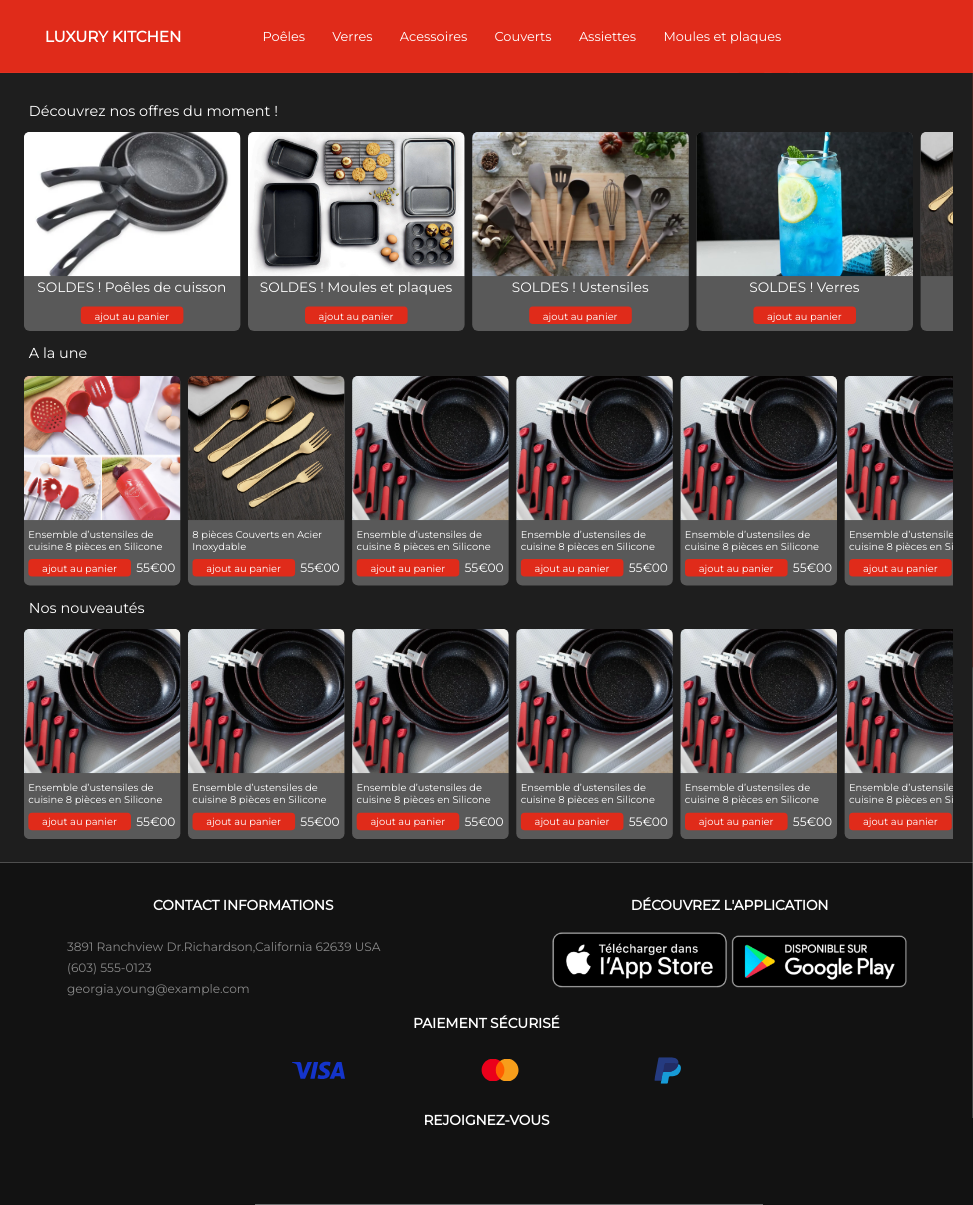
Repository: Juannpl/Luxury-Kicthen
Page: index.html
An editor plug-in stored every save of this project. The page is shown before and after the next save, followed by the edit.
The browser window is 1280 px wide. The pictures show the whole page, at 76% of full size.
Some icons come from a web library that is not loaded, so they are not drawn.

Above is the page before, as saved 2023-02-16 20:23:20.

### index.html
<!DOCTYPE html>
<html lang="fr">

<head>
  <meta charset="UTF-8">
  <meta http-equiv="X-UA-Compatible" content="IE=edge">
  <meta name="viewport" content="width=device-width, initial-scale=1.0">

  <script src="https://unpkg.com/boxicons@2.1.4/dist/boxicons.js"></script>

  <link rel="stylesheet" href="css/style.css">
  <title>Acceuil - LK</title>
</head>

<body>
  <header class="header">
    <nav class="nav_container row">
      <div class="logo">
        <p>LUXURY KITCHEN</p>
      </div>
      <div class="barre_categorie">
        <ul class="row">
          <li><a href="html/poêle.html">Poêles</a></li>
          <li><a href="html/verres.html">Verres</a></li>
          <li><a href="html/acessoire.html">Acessoires</a></li>
          <li><a href="html/couvert.html">Couverts</a></li>
          <li><a href="html/assiette.html">Assiettes</a></li>
          <li><a href="html/moule.html">Moules et plaques</a></li>
        </ul>
      </div>
      <div class="nav_list">
        <ul class="row">
          <li class="items_list">
            <box-icon name='shopping-bag' color='#ffffff' size='1.7rem'></box-icon>
          </li>
          <li class="items_list">
            <box-icon name='user-circle' type='solid' color='#ffffff' size='1.7rem'></box-icon>
          </li>
          <a id="openBtn">
            <li class="items_list">
              <box-icon name='menu' color='#ffffff' size=2.2rem></box-icon>
            </li>
          </a>
        </ul>
      </div>
    </nav>
    <div id="transparent"></div>
    <section id="barre_categorie_mobile">
      <div id="closeBtn">
        <box-icon name='x' color='#ffffff' size='3rem'></box-icon>
      </div>
      <div class="nav_contents row">
        <div>
          <ul class="row">
            <li><a href="html/poêle.html">Poêles</a></li>
            <li><a href="html/verres.html">Verres</a></li>
            <li><a href="html/acessoire.html">Acessoires</a></li>
            <li><a href="html/couvert.html">Couverts</a></li>
            <li><a href="html/assiette.html">Assiettes</a></li>
            <li><a href="html/moule.html">Moules et plaques</a></li>
          </ul>
        </div>
        <div>
          <p class="opacityy">
            Devenez membre pour accéder au meilleur des produits.
          </p>
        </div>
        <div>
          <button type="button" class="btn-black">Nous rejoindre</button>
        </div>
        <div>
          <button type="button" class="btn-clear">S'identifier</button>
        </div>
        <div class="items">
          <div class="roww">
            <box-icon name='shopping-bag' color='#ffffff' size='1.7rem'></box-icon>
            <p><a href="html/panier_vide.html">Panier</a></p>
          </div>
          <div class="roww">
            <box-icon type='solid' name='package' color='#ffffff' size='1.7rem'></box-icon>
            <p><a href="#">Commande</a></p>
          </div>
          <div class="roww">
            <box-icon name='user-circle' type='solid' color='#ffffff' size='1.7rem'></box-icon>
            <p><a href="#">Mon profil</a></p>
          </div>
        </div>
        <div class="reseaux row">
          <div class="sociaux">
            <box-icon name='facebook-circle' type='logo' color='#ffffff'></box-icon>
          </div>
          <div class="sociaux">
            <box-icon name='twitter' type='logo' color='#ffffff'></box-icon>
          </div>
          <div class="sociaux">
            <box-icon name='instagram-alt' type='logo' color='#ffffff'></box-icon>
          </div>
        </div>
      </div>
    </section>
    <!-- FIN DDE LA BARRE DE NAVIGATION MOBILE-->
  </header>
  <main id="juan">
    <div class="titre">
      <h1>
        Découvrez nos offres du moment !
      </h1>
    </div>
    <div class="containeer">
      <div class="card">
        <div class="controlee">
          <img src="img/poêle/poele10.webp" alt="poele" class="top_img">
        </div>
        <div class="descr_panier_top">
          <div class="text_panier">
            <p>SOLDES ! Poêles de cuisson</p>
          </div>
          <div class="panier_prix">
            <div class="ajout_panier">
              <form action="#">
                <a href="#"><button type="submit">
                    <p class="p_botton">ajout au panier</p>
                  </button></a>
              </form>
            </div>
          </div>
        </div>
      </div>
      <div class="card">
        <div class="controlee">
          <img src="img/moules/moule1.jpg" alt="poele" class="top_img">
        </div>
        <div class="descr_panier_top">
          <div class="text_panier">
            <p>SOLDES ! Moules et plaques</p>
          </div>
          <div class="panier_prix">
            <div class="ajout_panier">
              <form action="#">
                <a href="#"><button type="submit">
                    <p class="p_botton">ajout au panier</p>
                  </button></a>
              </form>
            </div>
          </div>
        </div>
      </div>
      <div class="card">
        <div class="controlee">
          <img src="img/accessoire/accessoire2.webp" alt="poele" class="top_img">
        </div>
        <div class="descr_panier_top">
          <div class="text_panier">
            <p>SOLDES ! Ustensiles</p>
          </div>
          <div class="panier_prix">
            <div class="ajout_panier">
              <form action="#">
                <a href="#"><button type="submit">
                    <p class="p_botton">ajout au panier</p>
                  </button></a>
              </form>
            </div>
          </div>
        </div>
      </div>
      <div class="card">
        <div class="controlee">
          <img src="img/verres/verre10.jpg" alt="verre" class="top_img">
        </div>
        <div class="descr_panier_top">
          <div class="text_panier">
            <p>SOLDES ! Verres</p>
          </div>
          <div class="panier_prix">
            <div class="ajout_panier">
              <form action="#">
                <a href="#"><button type="submit">
                    <p class="p_botton">ajout au panier</p>
                  </button></a>
              </form>
            </div>
          </div>
        </div>
      </div>
      <div class="card">
        <div class="controlee">
          <img src="img/couverts/couvert1.png" alt="poele" class="top_img">
        </div>
        <div class="descr_panier_top">
          <div class="text_panier">
            <p>SOLDES ! Couverts</p>
          </div>
          <div class="panier_prix">
            <div class="ajout_panier">
              <form action="#">
                <a href="#"><button type="submit">
                    <p class="p_botton">ajout au panier</p>
                  </button></a>
              </form>
            </div>
          </div>
        </div>
      </div>
    </div>
    <div class="titre">
      <h1>
        A la une
      </h1>
    </div>
    <div class="containeer">
      <div class="card">
        <div class="controle">
          <img src="img/accessoire/accessoire1.png" alt="poele">
        </div>
        <div class="descr_panier">
          <div class="text_panier">
            <p>Ensemble d’ustensiles de<br> cuisine 8 pièces en Silicone</p>
          </div>
          <div class="panier_prix">
            <div class="ajout_panier">
              <form action="#">
                <a href="#"><button type="submit">
                    <p class="p_botton">ajout au panier</p>
                  </button></a>
              </form>
            </div>
            <div class="prix">
              <div class="prix_panier">
                <p>55€00</p>
              </div>
            </div>
          </div>
        </div>
      </div>
      <div class="card">
        <div class="controle">
          <img src="img/couverts/couvert1.png" alt="poele">
        </div>
        <div class="descr_panier">
          <div class="text_panier">
            <p>8 pièces Couverts en Acier Inoxydable</p>
          </div>
          <div class="panier_prix">
            <div class="ajout_panier">
              <form action="#">
                <a href="#"><button type="submit">
                    <p class="p_botton">ajout au panier</p>
                  </button></a>
              </form>
            </div>
            <div class="prix">
              <div class="prix_panier">
                <p>55€00</p>
              </div>
            </div>
          </div>
        </div>
      </div>
      <div class="card">
        <div class="controle">
          <img src="img/poêle/poele1.webp" alt="poele">
        </div>
        <div class="descr_panier">
          <div class="text_panier">
            <p>Ensemble d’ustensiles de cuisine 8 pièces en Silicone</p>
          </div>
          <div class="panier_prix">
            <div class="ajout_panier">
              <form action="#">
                <a href="#"><button type="submit">
                    <p class="p_botton">ajout au panier</p>
                  </button></a>
              </form>
            </div>
            <div class="prix">
              <div class="prix_panier">
                <p>55€00</p>
              </div>
            </div>
          </div>
        </div>
      </div>
      <div class="card">
        <div class="controle">
          <img src="img/poêle/poele1.webp" alt="poele">
        </div>
        <div class="descr_panier">
          <div class="text_panier">
            <p>Ensemble d’ustensiles de cuisine 8 pièces en Silicone</p>
          </div>
          <div class="panier_prix">
            <div class="ajout_panier">
              <form action="#">
                <a href="#"><button type="submit">
                    <p class="p_botton">ajout au panier</p>
                  </button></a>
              </form>
            </div>
            <div class="prix">
              <div class="prix_panier">
                <p>55€00</p>
              </div>
            </div>
          </div>
        </div>
      </div>
      <div class="card">
        <div class="controle">
          <img src="img/poêle/poele1.webp" alt="poele">
        </div>
        <div class="descr_panier">
          <div class="text_panier">
            <p>Ensemble d’ustensiles de cuisine 8 pièces en Silicone</p>
          </div>
          <div class="panier_prix">
            <div class="ajout_panier">
              <form action="#">
                <a href="#"><button type="submit">
                    <p class="p_botton">ajout au panier</p>
                  </button></a>
              </form>
            </div>
            <div class="prix">
              <div class="prix_panier">
                <p>55€00</p>
              </div>
            </div>
          </div>
        </div>
      </div>
      <div class="card">
        <div class="controle">
          <img src="img/poêle/poele1.webp" alt="poele">
        </div>
        <div class="descr_panier">
          <div class="text_panier">
            <p>Ensemble d’ustensiles de cuisine 8 pièces en Silicone</p>
          </div>
          <div class="panier_prix">
            <div class="ajout_panier">
              <form action="#">
                <a href="#"><button type="submit">
                    <p class="p_botton">ajout au panier</p>
                  </button></a>
              </form>
            </div>
            <div class="prix">
              <div class="prix_panier">
                <p>55€00</p>
              </div>
            </div>
          </div>
        </div>
      </div>
      <div class="card">
        <div class="controle">
          <img src="img/poêle/poele1.webp" alt="poele">
        </div>
        <div class="descr_panier">
          <div class="text_panier">
            <p>Ensemble d’ustensiles de cuisine 8 pièces en Silicone</p>
          </div>
          <div class="panier_prix">
            <div class="ajout_panier">
              <form action="#">
                <a href="#"><button type="submit">
                    <p class="p_botton">ajout au panier</p>
                  </button></a>
              </form>
            </div>
            <div class="prix">
              <div class="prix_panier">
                <p>55€00</p>
              </div>
            </div>
          </div>
        </div>
      </div>
    </div>
    <div class="titre">
      <h1>
        Nos nouveautés
      </h1>
    </div>
    <div class="containeer">
      <div class="card">
        <div class="controle">
          <img src="img/poêle/poele1.webp" alt="poele">
        </div>
        <div class="descr_panier">
          <div class="text_panier">
            <p>Ensemble d’ustensiles de<br> cuisine 8 pièces en Silicone</p>
          </div>
          <div class="panier_prix">
            <div class="ajout_panier">
              <form action="#">
                <a href="#"><button type="submit">
                    <p class="p_botton">ajout au panier</p>
                  </button></a>
              </form>
            </div>
            <div class="prix">
              <div class="prix_panier">
                <p>55€00</p>
              </div>
            </div>
          </div>
        </div>
      </div>
      <div class="card">
        <div class="controle">
          <img src="img/poêle/poele1.webp" alt="poele">
        </div>
        <div class="descr_panier">
          <div class="text_panier">
            <p>Ensemble d’ustensiles de cuisine 8 pièces en Silicone</p>
          </div>
          <div class="panier_prix">
            <div class="ajout_panier">
              <form action="#">
                <a href="#"><button type="submit">
                    <p class="p_botton">ajout au panier</p>
                  </button></a>
              </form>
            </div>
            <div class="prix">
              <div class="prix_panier">
                <p>55€00</p>
              </div>
            </div>
          </div>
        </div>
      </div>
      <div class="card">
        <div class="controle">
          <img src="img/poêle/poele1.webp" alt="poele">
        </div>
        <div class="descr_panier">
          <div class="text_panier">
            <p>Ensemble d’ustensiles de cuisine 8 pièces en Silicone</p>
          </div>
          <div class="panier_prix">
            <div class="ajout_panier">
              <form action="#">
                <a href="#"><button type="submit">
                    <p class="p_botton">ajout au panier</p>
                  </button></a>
              </form>
            </div>
            <div class="prix">
              <div class="prix_panier">
                <p>55€00</p>
              </div>
            </div>
          </div>
        </div>
      </div>
      <div class="card">
        <div class="controle">
          <img src="img/poêle/poele1.webp" alt="poele">
        </div>
        <div class="descr_panier">
          <div class="text_panier">
            <p>Ensemble d’ustensiles de cuisine 8 pièces en Silicone</p>
          </div>
          <div class="panier_prix">
            <div class="ajout_panier">
              <form action="#">
                <a href="#"><button type="submit">
                    <p class="p_botton">ajout au panier</p>
                  </button></a>
              </form>
            </div>
            <div class="prix">
              <div class="prix_panier">
                <p>55€00</p>
              </div>
            </div>
          </div>
        </div>
      </div>
      <div class="card">
        <div class="controle">
          <img src="img/poêle/poele1.webp" alt="poele">
        </div>
        <div class="descr_panier">
          <div class="text_panier">
            <p>Ensemble d’ustensiles de cuisine 8 pièces en Silicone</p>
          </div>
          <div class="panier_prix">
            <div class="ajout_panier">
              <form action="#">
                <a href="#"><button type="submit">
                    <p class="p_botton">ajout au panier</p>
                  </button></a>
              </form>
            </div>
            <div class="prix">
              <div class="prix_panier">
                <p>55€00</p>
              </div>
            </div>
          </div>
        </div>
      </div>
      <div class="card">
        <div class="controle">
          <img src="img/poêle/poele1.webp" alt="poele">
        </div>
        <div class="descr_panier">
          <div class="text_panier">
            <p>Ensemble d’ustensiles de cuisine 8 pièces en Silicone</p>
          </div>
          <div class="panier_prix">
            <div class="ajout_panier">
              <form action="#">
                <a href="#"><button type="submit">
                    <p class="p_botton">ajout au panier</p>
                  </button></a>
              </form>
            </div>
            <div class="prix">
              <div class="prix_panier">
                <p>55€00</p>
              </div>
            </div>
          </div>
        </div>
      </div>
      <div class="card">
        <div class="controle">
          <img src="img/poêle/poele1.webp" alt="poele">
        </div>
        <div class="descr_panier">
          <div class="text_panier">
            <p>Ensemble d’ustensiles de cuisine 8 pièces en Silicone</p>
          </div>
          <div class="panier_prix">
            <div class="ajout_panier">
              <form action="#">
                <a href="#"><button type="submit">
                    <p class="p_botton">ajout au panier</p>
                  </button></a>
              </form>
            </div>
            <div class="prix">
              <div class="prix_panier">
                <p>55€00</p>
              </div>
            </div>
          </div>
        </div>
      </div>
    </div>
  </main>
  <footer>
    <div class="container-footer">
      <div class="container-footer-tablet">
        <div class="contact-infos">
          <h3>CONTACT INFORMATIONS</h3>
          <p><box-icon name='been-here' type='solid' color='#ffffff'></box-icon>3891 Ranchview
            Dr.Richardson,California 62639 USA</p>
          <p><box-icon type='solid' name='phone' color='#ffffff'></box-icon>(603) 555-0123</p>
          <p><box-icon type='solid' name='envelope' color='#ffffff'></box-icon>georgia.young@example.com</p>
        </div>
        <div class="download">
          <h3>DÉCOUVREZ L'APPLICATION</h3>
          <a href=""><img src="../img/footer/App-Store-picto-300x94.png" class="picto" id="apple"
              alt="Le pictogramme de l'apple store"></a>
          <a href=""><img src="../img/footer/Google-Play-picto-300x89.png" class="picto"
              alt="Le pictogramme de google play"></a>
        </div>
      </div>
      <div class="paiement">
        <h3>PAIEMENT SÉCURISÉ</h3>
        <div class="logos-paiement">
          <img src="../img/footer/Visa_2021.svg" class="logos" id="visa" alt="Le logo de visa">
          <img src="../img/footer/Mastercard_2019_logo.svg" class="logos" id="mastercard" alt="Le logo de mastercard">
          <img src="../img/footer/PayPal_Logo_Icon_2014.svg" class="logos" id="paypal" alt="Le logo de paypal ">
        </div>
      </div>
      <div class="social-media">
        <h3>REJOIGNEZ-VOUS</h3>
        <box-icon name='facebook-circle' type='logo' color='#ff0800'></box-icon>
        <box-icon name='twitter' type='logo' color='#ff0800'></box-icon>
        <box-icon name='instagram-alt' type='logo' color='#ff0800'></box-icon>
      </div>
    </div>
  </footer>
  <script src="script.js"></script>
</body>

</html>

Loaded but not shown: script.js (19 lines, source omitted); css/style.css (1106 lines, source omitted)

After the next save:
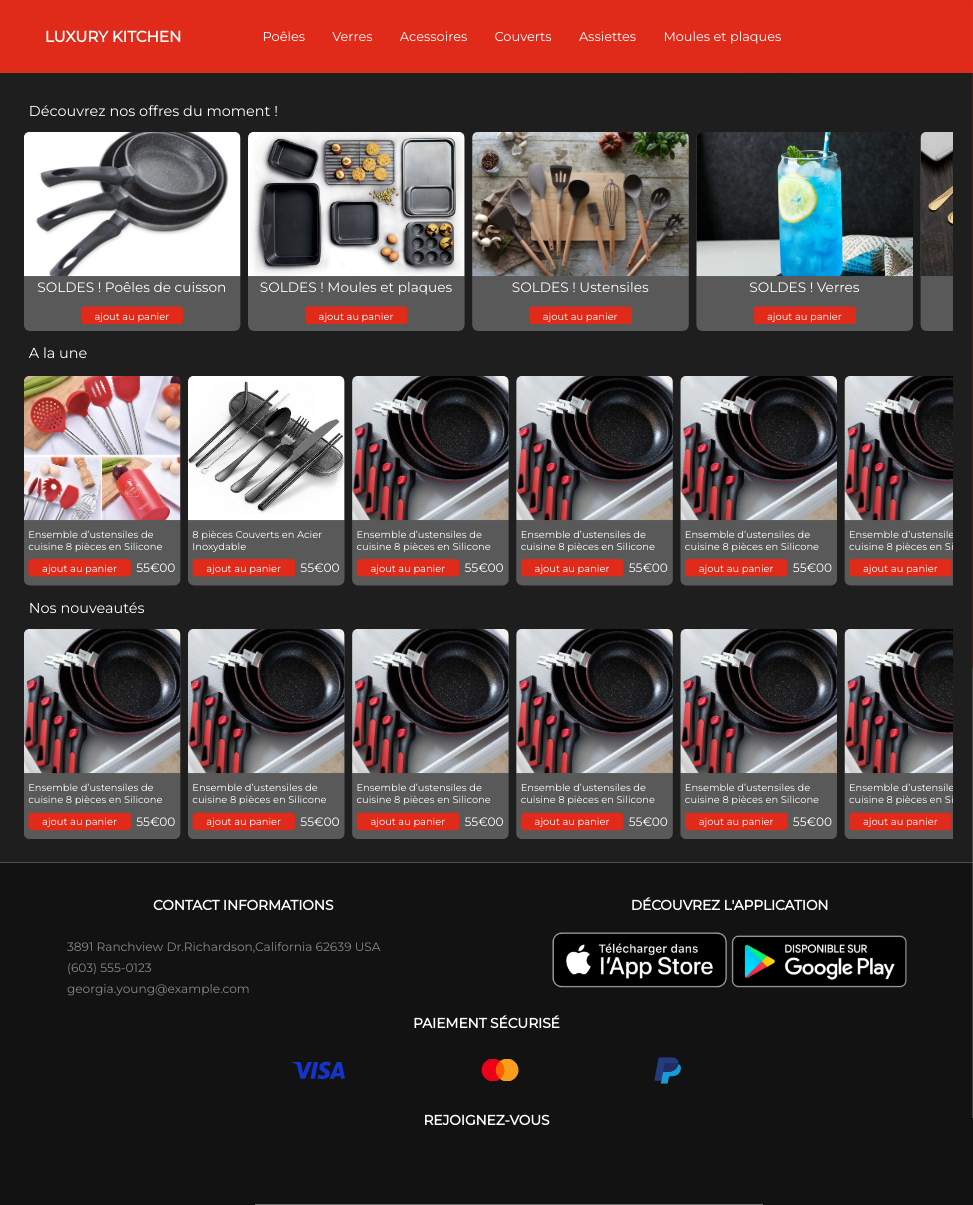
Saved 20 s later.
--- a/index.html
+++ b/index.html
@@ -235,7 +235,7 @@
       </div>
       <div class="card">
         <div class="controle">
-          <img src="img/couverts/couvert1.png" alt="poele">
+          <img src="img/couverts/couvert2.png" alt="poele">
         </div>
         <div class="descr_panier">
           <div class="text_panier">
